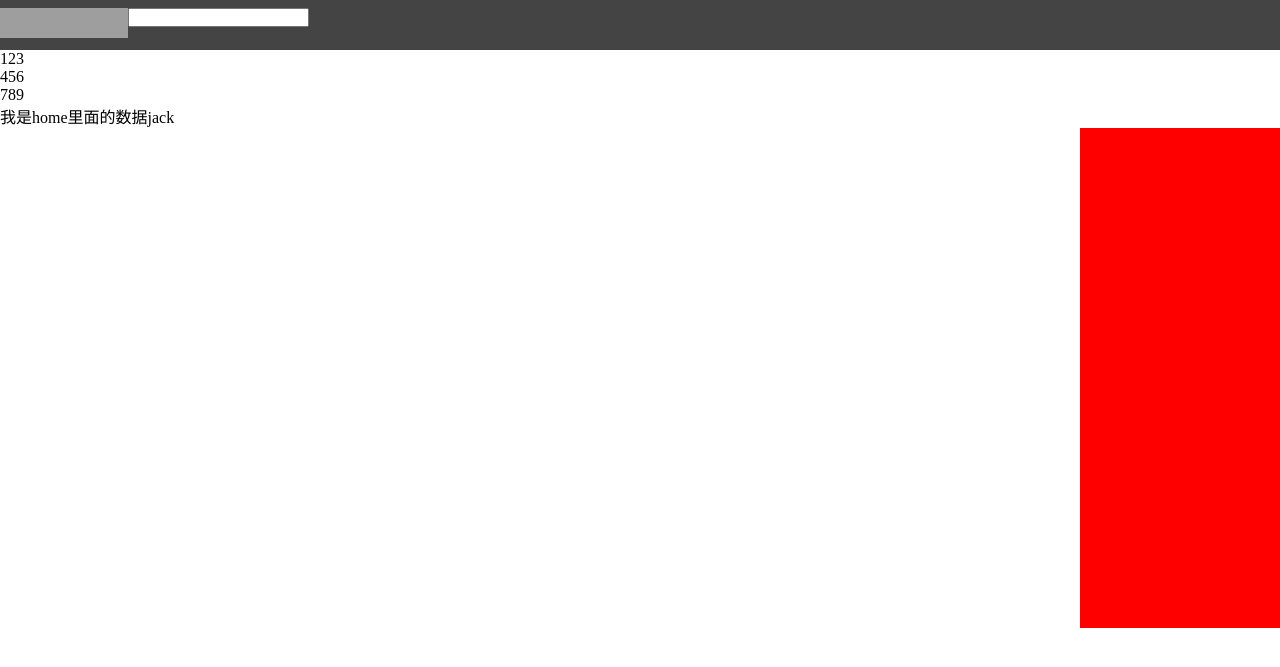
Repository: jinggegeZ/cnode
Page: /home
The author's editor kept a copy of each file at every save. The page is drawn from the files as they stood at one save, then again after the next save.
The browser window is 1280 px wide. The pictures show the whole page.
Pictures or frames that could not be fetched are drawn as grey boxes. The project was rebuilt for these pictures with package versions that can differ from the ones it lists, and the page was loaded fresh each time. Also part of the build but not shown: src/components/body/Body.vue.

Above is the page before, as saved 2020-06-05 09:42:14.

### src/App.vue
<template>
  <div id="app">
    <router-view/>
  </div>
</template>

<style lang="scss">
   * {
  margin: 0;
  padding: 0;
 }
</style>

### src/router/index.js
import Vue from 'vue'
import VueRouter from 'vue-router'
import Home from '../views/Home.vue'
import layout from '../views/layout1/layout'

Vue.use(VueRouter)

  const routes = [
    {
      path:'/home',
      redirect:'/'
    },
  {
    path:'/',
    name:'layout',
    component: layout,
    children: [
      {
        path: '',
        name: 'Home',
        component: Home
      },
    ]
  },

  {
    path: '/about',
    name: 'About',
    component: () => import('../views/About.vue')
  },
  {
    path: '/parents',
    name: 'parents',
    component: () => import('../views/parents/parents.vue'),

  },
]

const router = new VueRouter({
  mode: 'history',
  base: process.env.BASE_URL,
  routes
})

export default router

### src/store/index.js
import Vue from 'vue'
import Vuex from 'vuex'

Vue.use(Vuex)

export default new Vuex.Store({
  state: {
    name:'jack'
  },
  mutations: {
  },
  actions: {
  },
  modules: {
  }
})

### src/views/Home.vue
<template>
 <div>
  <div>123</div>
  <div>456</div>
  <div>789</div>
  <div>我是home里面的数据{{name}}</div>
 </div>
</template>

<script>

 export default {
   data () {
     return {

     }
   },
   components: {

   },
   methods: {

   },
   mounted() {

   },
   watch: {

   },
   computed: {
     name() {
       return this.$store.state.name
     }
   }
 }
</script>

<style scoped>

</style>

### src/views/layout1/layout.vue
<template>
 <div>
    <div class="container">

            <div class="t-head">
            <top></top>
            </div>

        <div class="content">
            <div>
                <router-view></router-view>
            </div>
            <div class="right">
                <right></right>
            </div>
            <div>
                <Body>

                </Body>
            </div>
        </div>
    </div>
 </div>
</template>

<script>
    import top from '../../components/top/top'
    import right from '../../components/right/right'
    import body from '../../components/body/Body'
 export default {
     name:'layout',
   data () {
     return {

     }
   },
   components: {
       top,
       right,
   },
   methods: {

   },
   mounted() {

   },
   watch: {

   },
   computed: {

   }
 }
</script>

<style scoped>
    .container {
        width: 100%;
    }


</style>

### src/components/top/top.vue
<template>
 <div>
    <div class="top">
    <div class="box">
        <div class="b-left">
            <div><img src="//static2.cnodejs.org/public/images/cnodejs_light.svg" alt="" width="128px" height="30px"></div>
            <div class="ipt"><input type="text"></div>
        </div>
        <div></div>
    </div>
    </div>
 </div>
</template>

<script>
 export default {
   data () {
     return {

     }
   },
   components: {

   },
   methods: {

   },
   mounted() {

   },
   watch: {

   },
   computed: {

   }
 }
</script>

<style scoped >
    .top {
        width: 100%;
        height: 50px;
        background:rgb(68,68,68);


    }
    .box {
        max-width: 1400px;
        height: 50px;
        margin: 0 auto;
        display: flex;
        justify-content: space-between;
        align-items: center;
    }
    .b-left {
        display: flex;
    }

</style>

### src/components/right/right.vue
<template>
 <div>
    <div class="right"></div>
 </div>
</template>

<script>
 export default {
   data () {
     return {

     }
   },
   components: {

   },
   methods: {

   },
   mounted() {

   },
   watch: {

   },
   computed: {

   }
 }
</script>

<style scoped>
    .right {
        width: 200px;
        height: 500px;
        background: red;
        position: absolute;
        right: 0;
    }
</style>

Loaded but not shown: public/index.html (common file); src/main.js (common file)

After the next save:
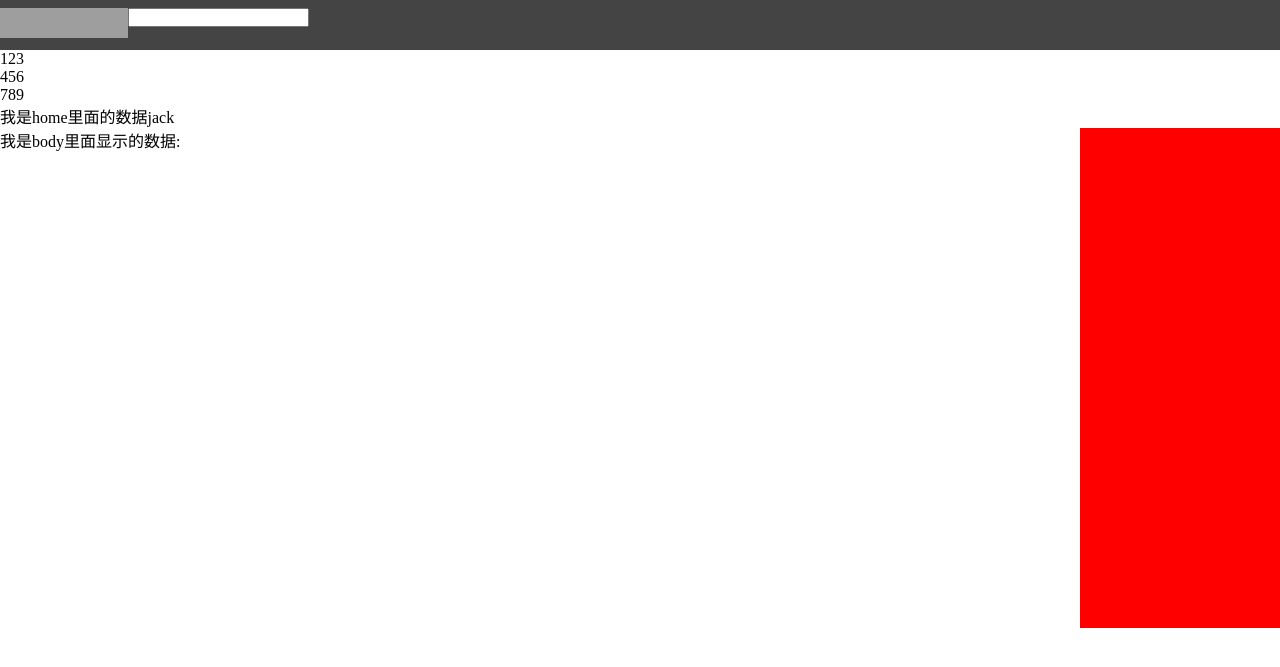
Saved 10 s later.
--- a/src/views/layout1/layout.vue
+++ b/src/views/layout1/layout.vue
@@ -15,7 +15,7 @@
             </div>
             <div>
                 <Body>
-
+                    <div> 我是body里面显示的数据: {{name}}</div>
                 </Body>
             </div>
         </div>
